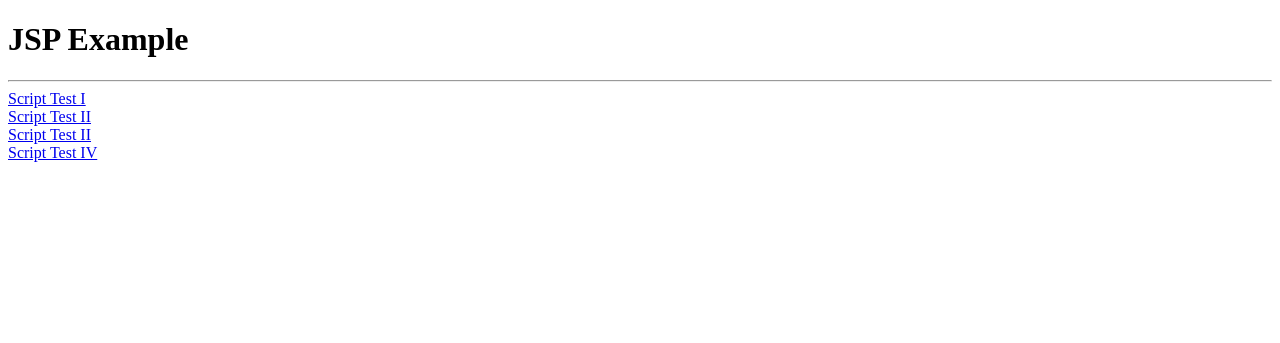
Repository: an-sehyeon/web_inworld
Page: http://localhost/web/index.jsp
The author's editor kept a copy of each file at every save. The page is drawn from the files as they stood at one save, then again after the next save.
The browser window is 1280 px wide. The pictures show the whole page.
The page is served by Tomcat 10.

Above is the page before, as saved 2024-12-14 12:33:44.

After the next save:
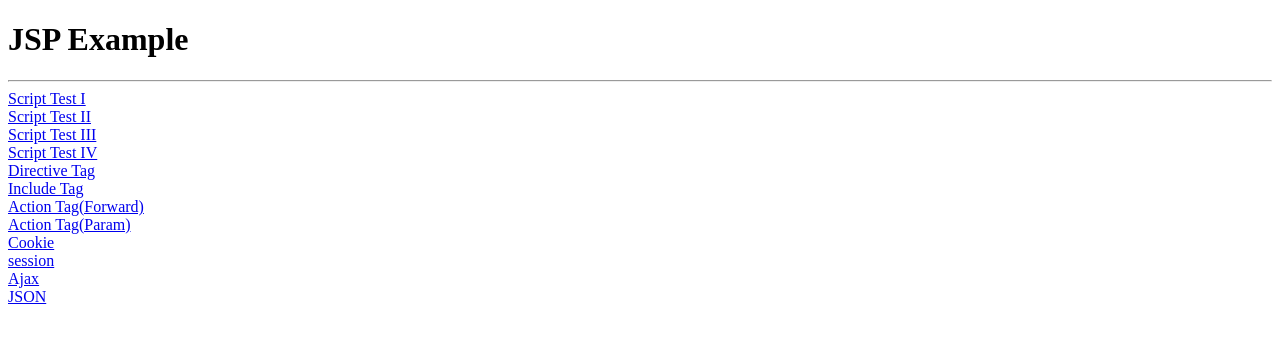
Saved 59 s later.
--- a/web_inwolrd/04_Servlet/dev/web/src/main/webapp/index.jsp
+++ b/web_inwolrd/04_Servlet/dev/web/src/main/webapp/index.jsp
@@ -11,7 +11,15 @@
 	<hr>
 	<a href="01_script_test.jsp">Script Test I</a><br>
 	<a href="02_script_test.jsp">Script Test II</a><br>
-	<a href="03_script_test.jsp">Script Test II</a><br>
+	<a href="03_script_test.jsp">Script Test III</a><br>
 	<a href="04_script_test.jsp">Script Test IV</a><br>
+	<a href="05_directive.jsp">Directive Tag</a><br>
+	<a href="07_include.jsp">Include Tag</a><br>
+	<a href="08_forward.jsp?site=naver">Action Tag(Forward)</a><br>
+	<a href="09_param.jsp">Action Tag(Param)</a><br>
+	<a href="10_cookie.jsp">Cookie</a><br>
+	<a href="11_session.jsp">session</a><br>
+	<a href="12_ajax_test.html">Ajax</a><br>
+	<a href="13_json_test.html">JSON</a><br>
 </body>
 </html>
